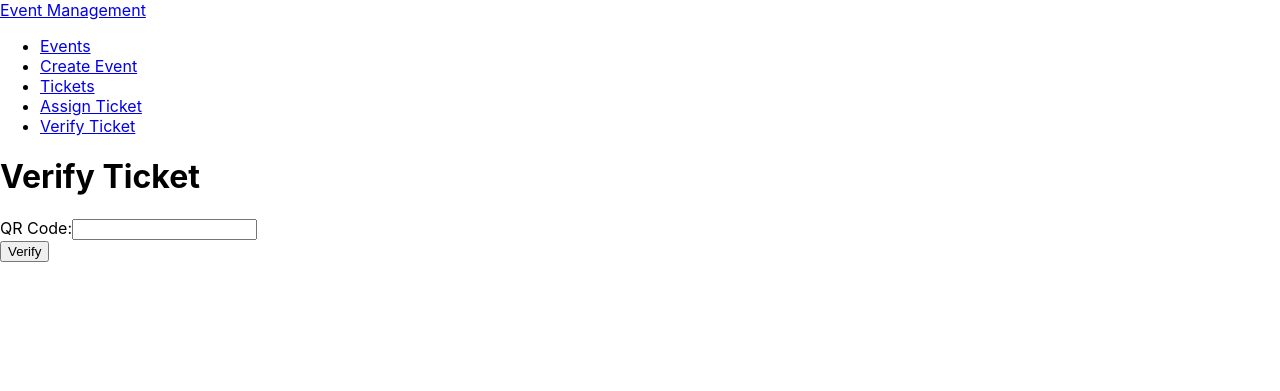
Repository: ferugarte/superticket
Page: /verify-ticket (app in frontend/)
An editor plug-in stored every save of this project. The page is shown before and after the next save, followed by the edit.
The browser window is 1280 px wide. The pictures show the whole page.
The project was rebuilt for these pictures with package versions that can differ from the ones it lists, and the page was loaded fresh each time. A package was used in the major version that the imports need, not the one package.json lists. Also part of the build but not shown: frontend/src/components/EventList.jsx, frontend/src/components/EventDetail.jsx, frontend/src/components/CreateEvent.jsx, frontend/src/components/TicketList.jsx, frontend/src/components/AssignTicket.jsx, frontend/src/App.css.

Above is the page before, as saved 2024-04-15 11:31:57.

### frontend/src/App.js
// src/App.js
import React from 'react';
import { BrowserRouter as Router, Route, Switch } from 'react-router-dom';
import EventList from './components/EventList';
import EventDetail from './components/EventDetail';
import CreateEvent from './components/CreateEvent';
import TicketList from './components/TicketList';
import AssignTicket from './components/AssignTicket';
import VerifyTicket from './components/VerifyTicket';
import NavigationBar from './components/NavigationBar';
import './App.css';

function App() {
  return (
    <Router>
      <NavigationBar />
      <div className="container mt-3">
        <Switch>
          <Route path="/" exact component={EventList} />
          <Route path="/events/:id" component={EventDetail} />
          <Route path="/create-event" component={CreateEvent} />
          <Route path="/tickets" component={TicketList} />
          <Route path="/assign-ticket" component={AssignTicket} />
          <Route path="/verify-ticket" component={VerifyTicket} />
        </Switch>
      </div>
    </Router>
  );
}

export default App;

### frontend/src/components/VerifyTicket.jsx
// src/components/VerifyTicket.jsx
import React, { useState } from 'react';
import { verifyTicket } from '../services/api';

function VerifyTicket() {
    const [qrCode, setQrCode] = useState('');
    const [message, setMessage] = useState('');

    const handleSubmit = (e) => {
        e.preventDefault();
        verifyTicket(qrCode).then(response => {
            setMessage(response.data.message);
        }).catch(error => {
            setMessage('Error verifying ticket: ' + error.message);
        });
    };

    return (
        <div>
            <h1>Verify Ticket</h1>
            <form onSubmit={handleSubmit}>
                <div>
                    <label>QR Code:</label>
                    <input type="text" value={qrCode} onChange={e => setQrCode(e.target.value)} />
                </div>
                <button type="submit">Verify</button>
            </form>
            {message && <p>{message}</p>}
        </div>
    );
}

export default VerifyTicket;

### frontend/src/components/NavigationBar.jsx
// src/components/NavigationBar.jsx
import React from 'react';
import { Link } from 'react-router-dom';

const NavigationBar = () => (
  <nav className="navbar navbar-expand-lg navbar-light bg-light">
    <Link className="navbar-brand" to="/">Event Management</Link>
    <div className="collapse navbar-collapse">
      <ul className="navbar-nav mr-auto">
        <li className="nav-item">
          <Link className="nav-link" to="/">Events</Link>
        </li>
        <li className="nav-item">
          <Link className="nav-link" to="/create-event">Create Event</Link>
        </li>
        <li className="nav-item">
          <Link className="nav-link" to="/tickets">Tickets</Link>
        </li>
        <li className="nav-item">
          <Link className="nav-link" to="/assign-ticket">Assign Ticket</Link>
        </li>
        <li className="nav-item">
          <Link className="nav-link" to="/verify-ticket">Verify Ticket</Link>
        </li>
      </ul>
    </div>
  </nav>
);

export default NavigationBar;

### frontend/src/services/api.js
// src/services/api.js
import axios from 'axios';

const API_URL = 'http://localhost:3000/api';  // Adjust based on actual API URL

export const fetchEvents = () => axios.get(`${API_URL}/events`);
export const fetchEventById = (id) => axios.get(`${API_URL}/events/${id}`);
export const createEvent = (eventData) => axios.post(`${API_URL}/events`, eventData);
export const updateEvent = (id, eventData) => axios.put(`${API_URL}/events/${id}`, eventData);
export const deleteEvent = (id) => axios.delete(`${API_URL}/events/${id}`);

export const assignTicket = (ticketData) => axios.post(`${API_URL}/tickets`, ticketData);
export const fetchTickets = () => axios.get(`${API_URL}/tickets`);
export const verifyTicket = (qrCode) => axios.post(`${API_URL}/tickets/verify-qr`, { qrCode });

Loaded but not shown: frontend/public/index.html (common file); frontend/src/index.js (common file); frontend/src/index.css (common file); frontend/src/reportWebVitals.js (common file)

After the next save:
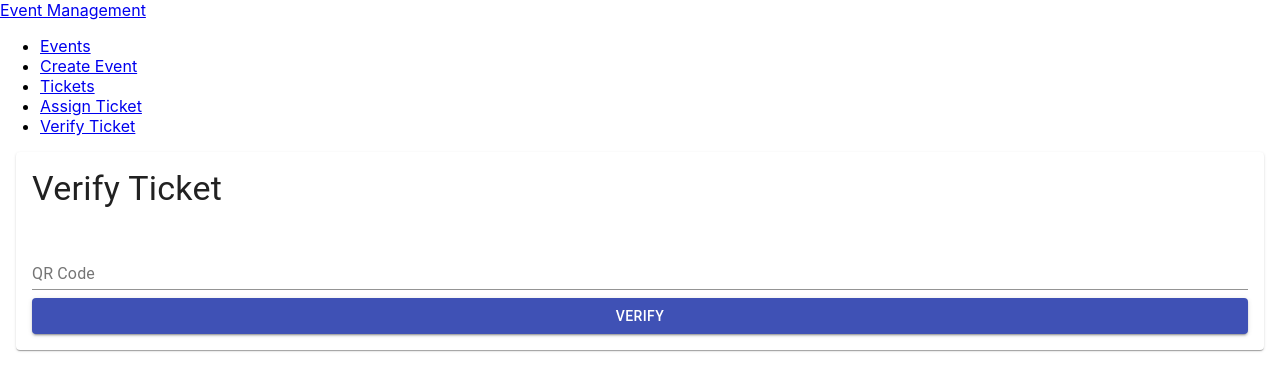
Saved 2 min 20 s later.
--- a/frontend/src/components/VerifyTicket.jsx
+++ b/frontend/src/components/VerifyTicket.jsx
@@ -1,6 +1,7 @@
 // src/components/VerifyTicket.jsx
 import React, { useState } from 'react';
 import { verifyTicket } from '../services/api';
+import { TextField, Button, Paper, Typography } from '@material-ui/core';
 
 function VerifyTicket() {
     const [qrCode, setQrCode] = useState('');
@@ -8,25 +9,30 @@ function VerifyTicket() {
 
     const handleSubmit = (e) => {
         e.preventDefault();
-        verifyTicket(qrCode).then(response => {
-            setMessage(response.data.message);
+        verifyTicket({ qrCode }).then(response => {
+            setMessage(`Verification result: ${response.data.message}`);
         }).catch(error => {
-            setMessage('Error verifying ticket: ' + error.message);
+            setMessage(`Error verifying ticket: ${error.message}`);
         });
     };
 
     return (
-        <div>
-            <h1>Verify Ticket</h1>
-            <form onSubmit={handleSubmit}>
-                <div>
-                    <label>QR Code:</label>
-                    <input type="text" value={qrCode} onChange={e => setQrCode(e.target.value)} />
-                </div>
-                <button type="submit">Verify</button>
+        <Paper style={{ margin: 16, padding: 16 }}>
+            <Typography variant="h4" component="h1">Verify Ticket</Typography>
+            <form onSubmit={handleSubmit} style={{ marginTop: 16 }}>
+                <TextField
+                    label="QR Code"
+                    value={qrCode}
+                    onChange={e => setQrCode(e.target.value)}
+                    fullWidth
+                    margin="normal"
+                />
+                <Button type="submit" variant="contained" color="primary" fullWidth>
+                    Verify
+                </Button>
+                {message && <Typography style={{ marginTop: 20 }}>{message}</Typography>}
             </form>
-            {message && <p>{message}</p>}
-        </div>
+        </Paper>
     );
 }
 
